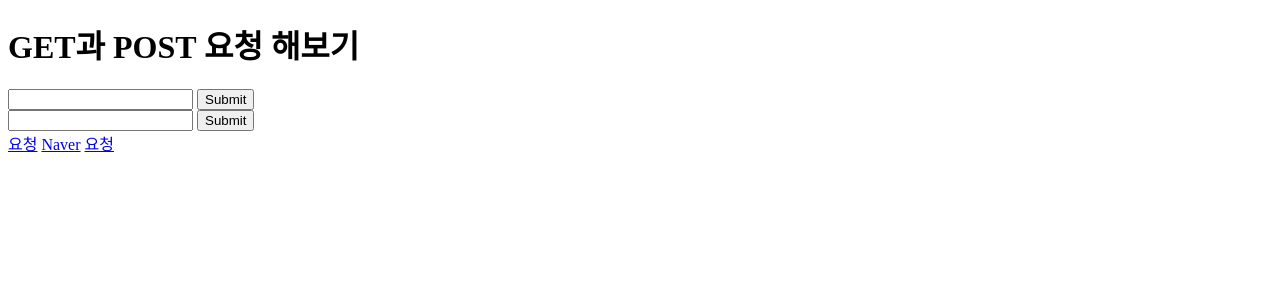
Repository: kvmhyvmvn/Study_JspServlet
Page: WorkSpace/01.HelloJspServlet/src/main/webapp/getpost.html
An editor plug-in stored every save of this project. The page is shown before and after the next save, followed by the edit.
The browser window is 1280 px wide. The pictures show the whole page.

Above is the page before, as saved 2023-05-18 02:32:33.

After the next save:
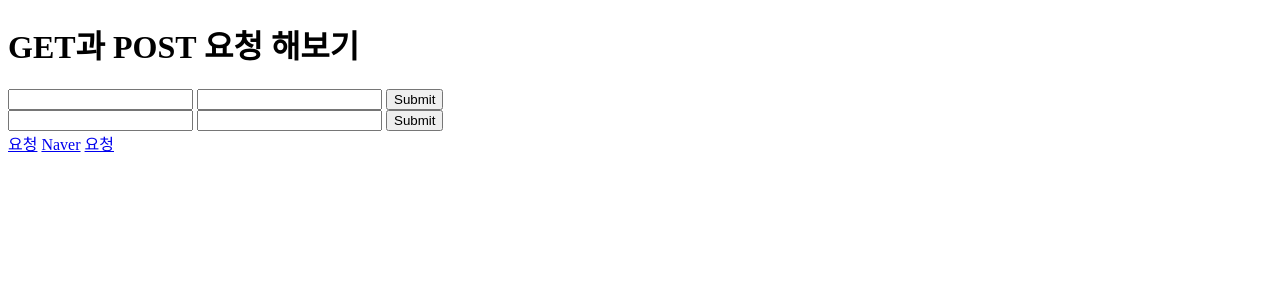
Saved 118 s later.
--- a/WorkSpace/01.HelloJspServlet/src/main/webapp/getpost.html
+++ b/WorkSpace/01.HelloJspServlet/src/main/webapp/getpost.html
@@ -9,11 +9,13 @@
 	<!-- text 값을 요청할 수 있는 폼 태그 하나 만들고 요청해보기 (Submit) -->
 	<form action="Ex03_GetPost" method="get"> <!-- action:  -->
 		<input type = "text" name="txt1" id="txt2"> <!-- name vs id -->
+		<input type = "text" name="txt2" id="txt2"> <!-- name vs id -->
 		<input type = "submit">
 	</form>
 
 	<form action="Ex03_GetPost" method="post"> <!-- action:  -->
 		<input type = "text" name="txt1" id="txt2"> <!-- name vs id -->
+		<input type = "text" name="txt2" id="txt2"> <!-- name vs id -->
 		<input type = "submit">
 	</form>
 
@@ -24,6 +26,6 @@
 	<a href="https://naver.com">Naver</a>
 
 	<!-- a태그로 Ex03_GetPost 요청하면서 txt1이라는 변수에 값 1234 보내보기 -->
-	<a href="Ex03_GetPost?txt1=1234">요청</a>
+	<a href="Ex03_GetPost?txt1=1234&txt2=4567">요청</a>
 </body>
 </html>
